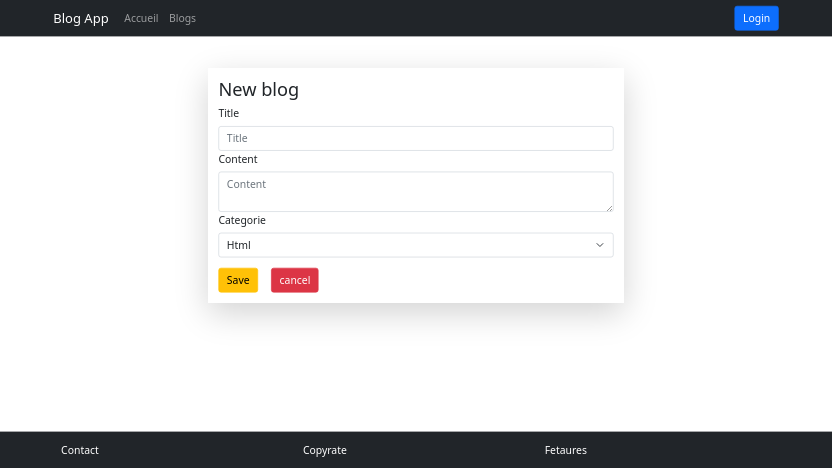
Repository: FS-23/laravel-blog-app
Page: http://localhost/blog/create
The author's editor kept a copy of each file at every save. The page is drawn from the files as they stood at one save, then again after the next save.
The browser window is 1280 px wide. The pictures show the whole page, at 65% of full size.
The page is served by the project's Laravel application, run on PHP 8.4 with Laravel 9. Other server files are loaded and not shown.

Above is the page before, as saved 2022-06-07 14:11:04.

### BlogApp/routes/web.php
<?php

use Illuminate\Support\Facades\Route;
use App\Http\Controllers\BlogController;
use App\Http\Controllers\ProductController;
use Illuminate\Http\Request;


Route::get('/', function () {
    return redirect('/blog/list');
});

Route::get('/home', function(){
    $user = ["name" =>  "Nour" , "level" =>  "A"];
    return view('home', $user);
});

Route::get('/blog' , function(){
    return view('blog.home');
});

Route::get('/blog/list' , [BlogController::class , 'index'] );

Route::get('/blog/create' , [BlogController::class  , 'create']);
// [BlogController::class , 'show']
Route::get('/blog/detail/{id}' ,[BlogController::class , 'show']);

Route::post('/blog/store' , [BlogController::class , 'store']);

Route::get('/product' , [ProductController::class , 'index']);

Route::get('/user/create', function(){

    return view('user.create');
});
Route::post('/user/store',function(Request $request){
    dd($request -> all());
   // return 'hello world';
});

### BlogApp/app/Http/Controllers/BlogController.php
<?php

namespace App\Http\Controllers;

use Illuminate\Http\Request;
use App\Models\Blog;

// Blog::create(...)
// Blog::find(1)
//Blog::delete(2)
// Blog::all()


class BlogController extends Controller
{
    function index(){
        // $blog1 = new Blog2("Learn Python" ,  "Learn pyton with moha");
        // $blog2 = new Blog2("Learn CSS/HTML" ,  "Learn pyton with Youssef - Nour -Mohamed");
        // $blog3 = new Blog2("Learn PHP" ,  "Le lorem ipsum est, en imprimerie, une suite de mots sans signification utilisée à titre provisoire pour calibrer une mise en page, le texte définitif venant remplacer le faux-texte dès qu'il est prêt ou que la mise en page est achevée. Généralement, on utilise un texte en faux latin, le Lorem ipsum ou Lipsum.");
        // $blog4 = new Blog2("Learn React" ,  "Learn pyton with Karl");
        // $blogs = [$blog1 , $blog2 , $blog3 , $blog4];

        $allBlogs = Blog::all()    ; // select * from blogs
        return view('blog.list' , ["blogs" =>  $allBlogs]);
    }

    function store(Request $request){

       // dd($request -> all());
        // //......
        //  $formData = ["title" => "Learn java 123" , "content" => "Learn java with AKHENATON" , "categorie" => "JAVA"];

        $result =  Blog::create( $request -> all());
        return redirect('/blog/list');
    }

    function show($id){

         $blog = Blog::find($id);
         if(empty($blog)){
             return redirect('/blog/list');
         }
         return view('blog.detail',  ['blog' => $blog]);
    }


    function create(){
        return view('blog.create');
    }
}


class Blog2{
    public $title;
    public $content;

    function __construct($title , $content){
        $this -> title = $title;
        $this -> content = $content;
    }
}

### BlogApp/resources/views/blog/create.blade.php
@extends('layout.layout')

@section('content')
   <div class="w-50 m-auto mt-5 shadow-lg p-3">
    <form action="/blog/store" method="post">
        @csrf
        <h3>New blog</h3>
        <div class="form-group">
            <label class="form-label"  for="">Title</label>
            <input  class="form-control" name="title" placeholder="Title" type="text">
        </div>
        <div class="form-group">
            <label class="form-label" for="">Content</label>
            <textarea class="form-control" name = "content" placeholder="Content" type="text"></textarea>
        </div>
        <div class="form-group">
            <label class="form-label" for="">Categorie</label>
           <select class="form-select" name="categorie" id="">
               <option value="html">Html</option>
               <option value="css">Css</option>
               <option value="js">Js</option>
               <option value="react">React</option>
               <option value="laravel">Laravel</option>
           </select>
        </div>
        <div class="mt-3">
            <button class="btn btn-warning">Save</button>
            <a href="/blog/list"  class="btn btn-danger ms-3">cancel</a>
        </div>
    </form>
   </div>
@endsection

### BlogApp/resources/views/layout/layout.blade.php
<!DOCTYPE html>
<html lang="en">
<head>
    <meta charset="UTF-8">
    <meta name="viewport" content="width=device-width, initial-scale=1.0">
    <meta http-equiv="X-UA-Compatible" content="ie=edge">
    <title>Blog App</title>
    <link rel="stylesheet" href="https://cdn.jsdelivr.net/npm/bootstrap@5.1.3/dist/css/bootstrap.min.css">
    <style>
        html , body {
            min-height: 100vh;
            position: relative;
            width: 100%
        }
        .footer {
            position: absolute;
            bottom: 0;
            width: 100%
        }
    </style>
</head>
<body>
    <nav class="navbar navbar-dark navbar-expand-lg bg-dark">
        <div class="container">
            <div class="navbar-brand">Blog App</div>
            <button class="navbar-toggler" data-bs-toggle="collapse" href="#navbar-container">
                <span class="navbar-toggler-icon"></span>
            </button>
            <div class="collapse navbar-collapse show" id="navbar-container">
                <ul class="navbar-nav">
                    <li class="nav-item">
                        <a href="/" class="nav-link">Accueil</a>
                    </li>
                    <li class="nav-item">
                        <a href="/blog/list" class="nav-link">Blogs</a>
                    </li>
                </ul>
            </div>

            <div>
                <button class="btn btn-primary">
                     Login
                </button>
            </div>

        </div>
    </nav>

    <div class="" style="padding-bottom: 100px">
        <section>
            @yield("content")
        </section>
    </div>

     <footer class="bg-dark text-white p-3 footer">
         <div class="container">
             <div class="row mx-0">
                    <div class="col-4">
                        <div> Contact</div>
                    </div>
                    <div class="col-4">
                        <div>Copyrate</div>
                    </div>
                    <div class="col-4">
                        <div>Fetaures</div>
                    </div>
             </div>
         </div>
     </footer>

    <script src="https://cdn.jsdelivr.net/npm/bootstrap@5.1.3/dist/js/bootstrap.min.js"></script>
</body>
</html>

Loaded but not shown: BlogApp/app/Http/Controllers/Controller.php (common file)

After the next save:
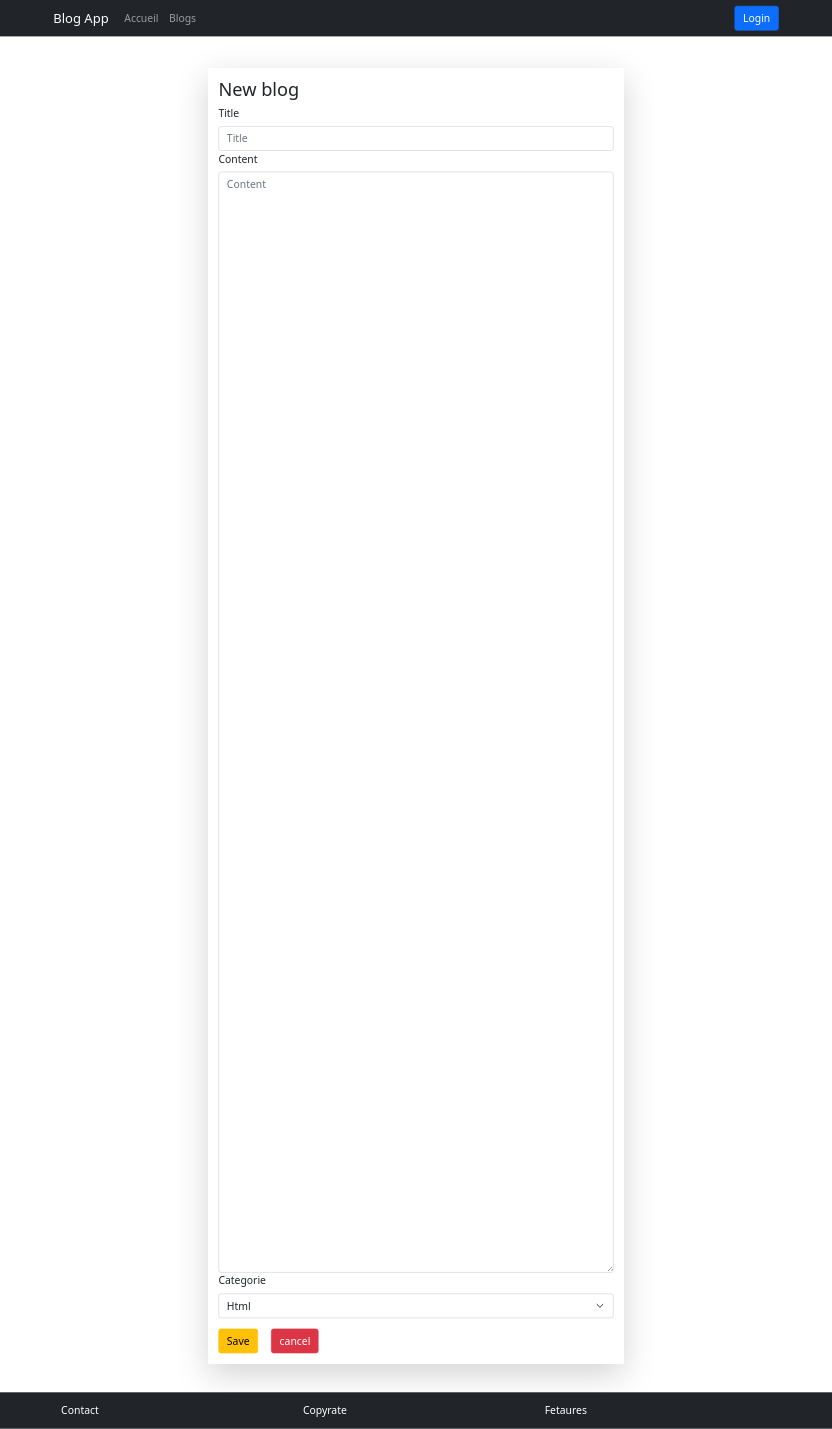
Saved 19 s later.
--- a/BlogApp/resources/views/blog/create.blade.php
+++ b/BlogApp/resources/views/blog/create.blade.php
@@ -11,7 +11,7 @@
         </div>
         <div class="form-group">
             <label class="form-label" for="">Content</label>
-            <textarea class="form-control" name = "content" placeholder="Content" type="text"></textarea>
+            <textarea class="form-control" name = "content" rows="70" placeholder="Content" type="text"></textarea>
         </div>
         <div class="form-group">
             <label class="form-label" for="">Categorie</label>
